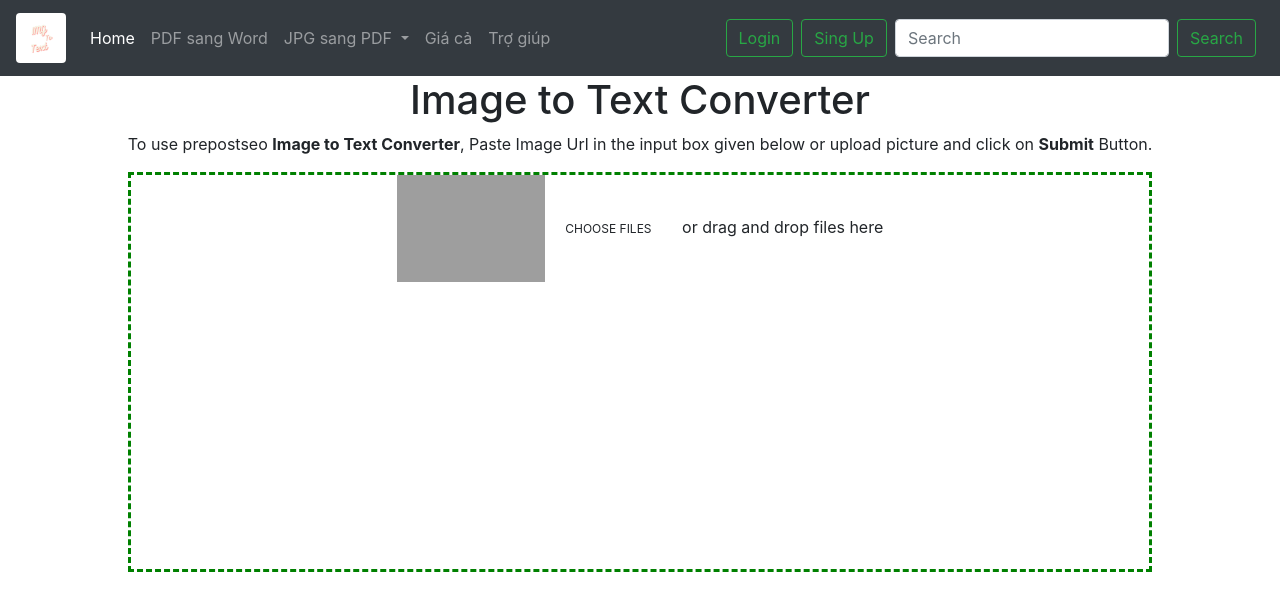
Repository: Tung1227/PBL6-2022
Page: index.html
An editor plug-in stored every save of this project. The page is shown before and after the next save, followed by the edit.
The browser window is 1280 px wide. The pictures show the whole page.
Pictures or frames that could not be fetched are drawn as grey boxes.

Above is the page before, as saved 2022-09-16 20:59:10.

### index.html
<!doctype html>
<html lang="en">

<head>
    <title>Title</title>
    <!-- Required meta tags -->
    <meta charset="utf-8">
    <meta name="viewport" content="width=device-width, initial-scale=1, shrink-to-fit=no">

    <!-- Bootstrap CSS -->
    <link rel="stylesheet" href="https://stackpath.bootstrapcdn.com/bootstrap/4.3.1/css/bootstrap.min.css"
        integrity="sha384-ggOyR0iXCbMQv3Xipma34MD+dH/1fQ784/j6cY/iJTQUOhcWr7x9JvoRxT2MZw1T" crossorigin="anonymous">
    <link rel="stylesheet" href="public/css/index.css">
</head>

<body>
    <nav class="navbar navbar-expand-lg navbar-dark bg-dark">
        <a class="navbar-brand" href="#">
            <img class="rounded" src="public/img/logo.png" width="50" height="50" alt="">
        </a>
        <button class="navbar-toggler" type="button" data-toggle="collapse" data-target="#navbarSupportedContent"
            aria-controls="navbarSupportedContent" aria-expanded="false" aria-label="Toggle navigation">
            <span class="navbar-toggler-icon"></span>
        </button>

        <div class="collapse navbar-collapse" id="navbarSupportedContent">
            <ul class="navbar-nav mr-auto">
                <li class="nav-item active">
                    <a class="nav-link" href="#">Home <span class="sr-only">(current)</span></a>
                </li>
                <li class="nav-item">
                    <a class="nav-link" href="#">PDF sang Word</a>
                </li>
                <li class="nav-item dropdown">
                    <a class="nav-link dropdown-toggle" href="#" id="navbarDropdown" role="button"
                        data-toggle="dropdown" aria-haspopup="true" aria-expanded="false">
                        JPG sang PDF
                    </a>
                    <div class="dropdown-menu" aria-labelledby="navbarDropdown">
                        <a class="dropdown-item" href="#">Action</a>
                        <a class="dropdown-item" href="#">Another action</a>
                        <div class="dropdown-divider"></div>
                        <a class="dropdown-item" href="#">Something else here</a>
                    </div>
                </li>
                <li class="nav-item">
                    <a class="nav-link" href="#">Giá cả</a>
                </li>
                <li class="nav-item">
                    <a class="nav-link" href="#">Trợ giúp</a>
                </li>
            </ul>
            <form class="form-inline my-2 my-lg-0 ">
                <button class="btn btn-outline-success my-2 my-sm-0 mr-sm-2" type="submit">Login</button>
                <button class="btn btn-outline-success my-2 my-sm-0 mr-sm-2" type="submit">Sing Up</button>
                <input class="form-control mr-sm-2" type="search" placeholder="Search" aria-label="Search">
                <button class="btn btn-outline-success my-2 my-sm-0 mr-sm-2" type="submit">Search</button>
            </form>
        </div>
    </nav>
    <div class="container d-flex justify-content-center mt-100">
        <div class="row">
            <div class="col-xs-1-12 text-center">
                <h1 class="">Image to Text Converter</h1>
                <p class="text16">To use prepostseo <strong>Image to Text Converter</strong>, Paste Image Url in the
                    input
                    box given below or upload picture and click on <strong>Submit</strong> Button.</p>
                <div class="file-drop-area">
                    <span class="svg_block">
                        <img src="https://www.prepostseo.com/imgs/upload-icon.png" width="148" height="107"
                            alt="uploader">
                    </span>
                    <span class="choose-file-button">Choose files</span>
                    <span class="file-message">or drag and drop files here</span>
                    <input class="file-input" type="file" multiple>
                </div>
            </div>
        </div>
    </div>
    <!-- Optional JavaScript -->
    <!-- jQuery first, then Popper.js, then Bootstrap JS -->
    <script src="https://code.jquery.com/jquery-3.3.1.slim.min.js"
        integrity="sha384-q8i/X+965DzO0rT7abK41JStQIAqVgRVzpbzo5smXKp4YfRvH+8abtTE1Pi6jizo"
        crossorigin="anonymous"></script>
    <script src="https://cdnjs.cloudflare.com/ajax/libs/popper.js/1.14.7/umd/popper.min.js"
        integrity="sha384-UO2eT0CpHqdSJQ6hJty5KVphtPhzWj9WO1clHTMGa3JDZwrnQq4sF86dIHNDz0W1"
        crossorigin="anonymous"></script>
    <script src="https://stackpath.bootstrapcdn.com/bootstrap/4.3.1/js/bootstrap.min.js"
        integrity="sha384-JjSmVgyd0p3pXB1rRibZUAYoIIy6OrQ6VrjIEaFf/nJGzIxFDsf4x0xIM+B07jRM"
        crossorigin="anonymous"></script>
</body>

</html>

### public/css/index.css
* {
    padding: 0px;
    margin: 0px;
}

.file-drop-area {
    border: dashed green;
    height: 400px;
}

.file-input {
    height: 100%;
    width: 100%;
    cursor: pointer;
    opacity: 0;
}

.choose-file-button {
    flex-shrink: 0;
    background-color: rgba(255, 255, 255, 0.04);
    border: 1px solid rgba(255, 255, 255, 0.1);
    border-radius: 3px;
    padding: 8px 15px;
    margin-right: 10px;
    font-size: 12px;
    text-transform: uppercase;
}

After the next save:
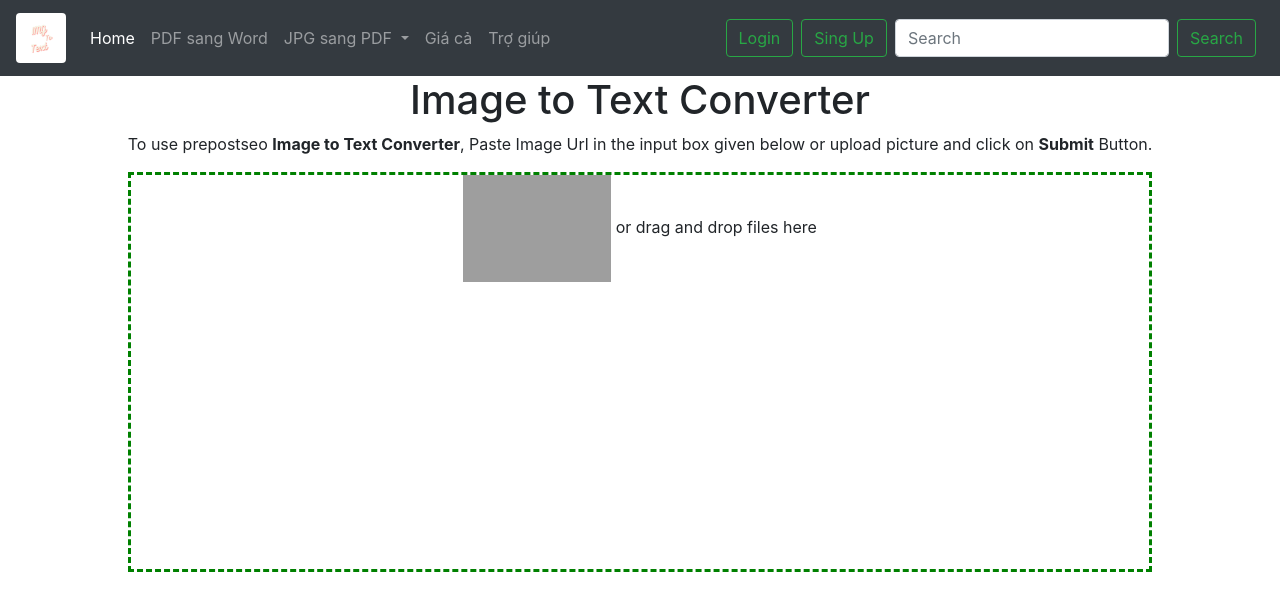
Saved 16 s later.
--- a/index.html
+++ b/index.html
@@ -70,7 +70,7 @@
                         <img src="https://www.prepostseo.com/imgs/upload-icon.png" width="148" height="107"
                             alt="uploader">
                     </span>
-                    <span class="choose-file-button">Choose files</span>
+                    <!-- <span class="choose-file-button">Choose files</span> -->
                     <span class="file-message">or drag and drop files here</span>
                     <input class="file-input" type="file" multiple>
                 </div>
